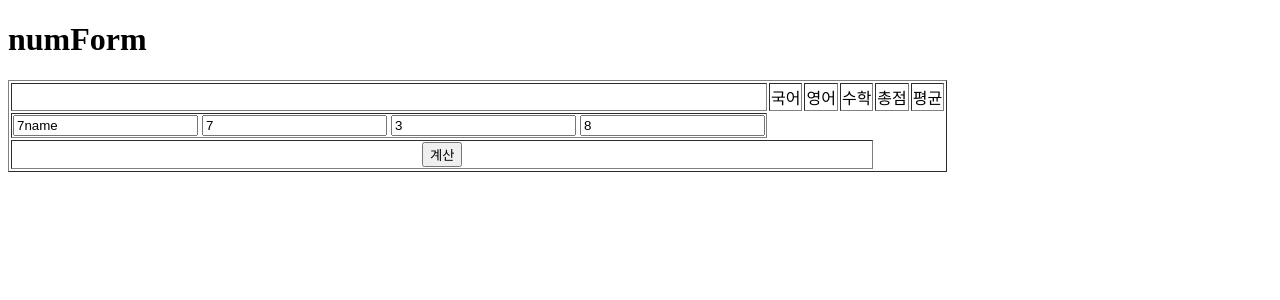
Repository: Jhoon0211/java_work
Page: http://localhost/jspProj/request/numForm2.jsp
The author's editor kept a copy of each file at every save. The page is drawn from the files as they stood at one save, then again after the next save.
The browser window is 1280 px wide. The pictures show the whole page.
The page is served by Tomcat 9. Other server files are loaded and not shown.

Above is the page before, as saved 2023-07-27 09:12:53.

### jspProj/src/main/webapp/request/numForm2.jsp
<%@ page language="java" contentType="text/html; charset=UTF-8"
    pageEncoding="UTF-8"%>
<!DOCTYPE html>
<html>
<head>
<meta charset="UTF-8">
<title>Insert title here</title>
</head>
<body>
<%-- <%
	String[] korSco = request.getParameterValues("kor");
	String[] engSco = request.getParameterValues("eng");
	String[] mathSco = request.getParameterValues("math");

	// 총점
    int sum = 0; // 총점
    int num = Integer.parseInt(str); // str을 정수형으로 형변환
	sum ++; // 값을 누적


    // 평균
    int sum1 = 0;
    int avg = 0; // 짝수들의 평균 값
	int count = 0; // 개수

	for (String str : noArr) {
		int intValue = Integer.parseInt(str);
		if(intValue % 2 == 0) {  // args 값이 짝수면
			sum1 += intValue;
			count++;

		}
	}
	avg = sum1 / count;
	System.out.println("평균 : " + avg);
%> --%>
<h1>numForm</h1>
	<form action="numForm2.jsp">

		<table border="">
			<tr>
				<td></td>
				<td>국어</td>
				<td>영어</td>
				<td>수학</td>
				<td>총점</td>
				<td>평균</td>
			</tr>
			<tr>

				<% for(int i = 0; i<1; i++){ %>
				<td>
					<input type="text" name="student" value="<%=(int)(Math.random()*10) + "name" %>"/>
					<input type="text" name="student" value="<%=(int)(Math.random()*10) %>"/>
					<input type="text" name="student" value="<%=(int)(Math.random()*10) %>"/>
					<input type="text" name="student" value="<%=(int)(Math.random()*10) %>"/>
				</td>
				<% } %>
			</tr>


			<tr>
				<td colspan="4" align="center">
					<input type="submit" value="계산" />
				</td>
			</tr>
		</table>
	</form>
</body>
</html>

After the next save:
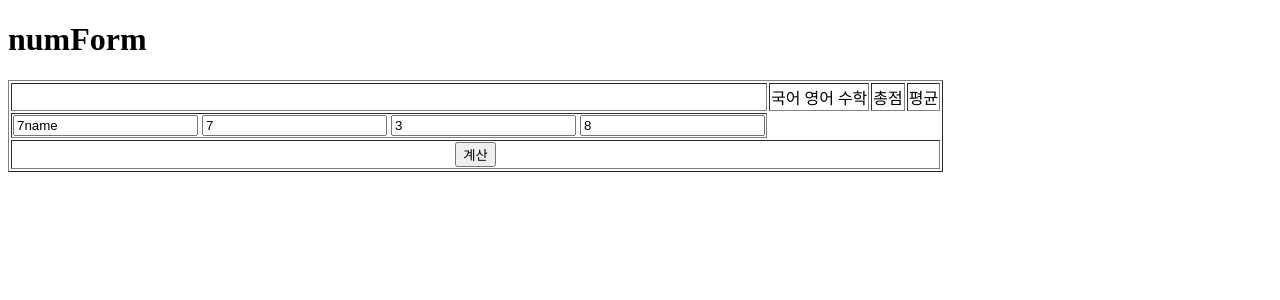
Saved 21 s later.
--- a/jspProj/src/main/webapp/request/numForm2.jsp
+++ b/jspProj/src/main/webapp/request/numForm2.jsp
@@ -40,9 +40,7 @@
 		<table border="">
 			<tr>
 				<td></td>
-				<td>국어</td>
-				<td>영어</td>
-				<td>수학</td>
+				<td>국어 영어 수학</td>
 				<td>총점</td>
 				<td>평균</td>
 			</tr>
